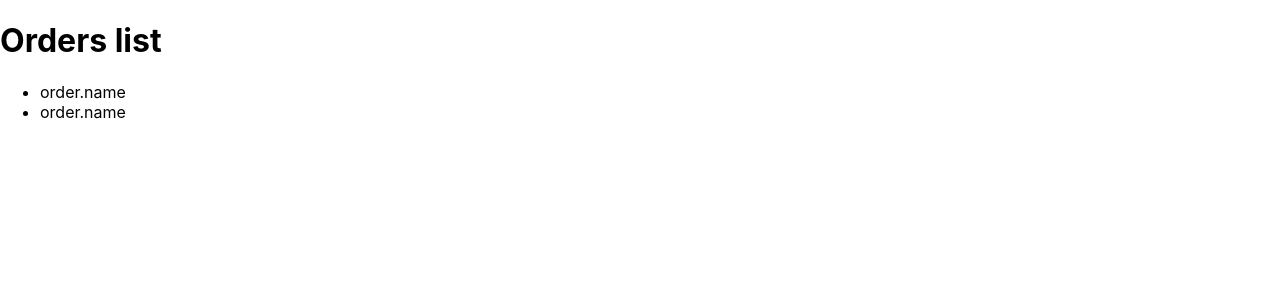
Repository: FS-23/react-navigation
Page: /
These files come from the project's save history. The page is drawn as it stood at one moment and after the next save; the edit follows.
The browser window is 1280 px wide. The pictures show the whole page.
The project was rebuilt for these pictures with package versions that can differ from the ones it lists, and the page was loaded fresh each time. Also part of the build but not shown: src/components/Article.js.

Above is the page before, as saved 2022-05-06 14:15:18.

After the next save:
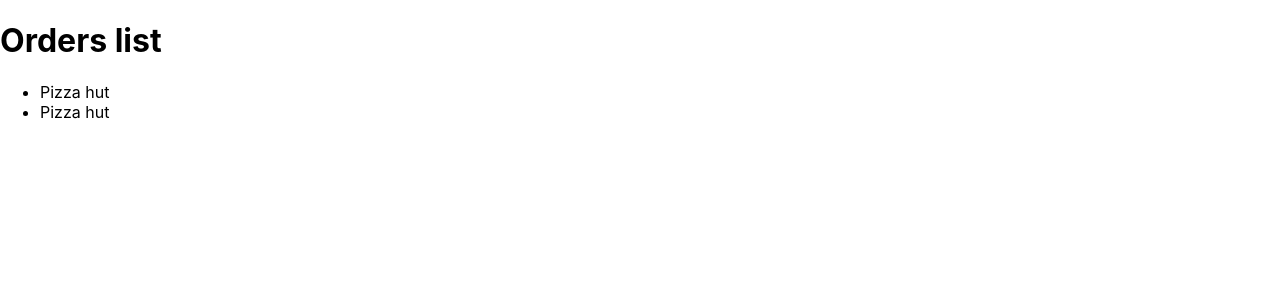
Saved 17 s later.
--- a/src/components/OrderList.js
+++ b/src/components/OrderList.js
@@ -18,7 +18,7 @@
            <div>
                <ul>
                  {
-                    orders.map((order , index)=> <li key={index}>order.name</li>)
+                    orders.map((order , index)=> <li key={index}>{order.name}</li>)
                  }
                </ul>
            </div>
